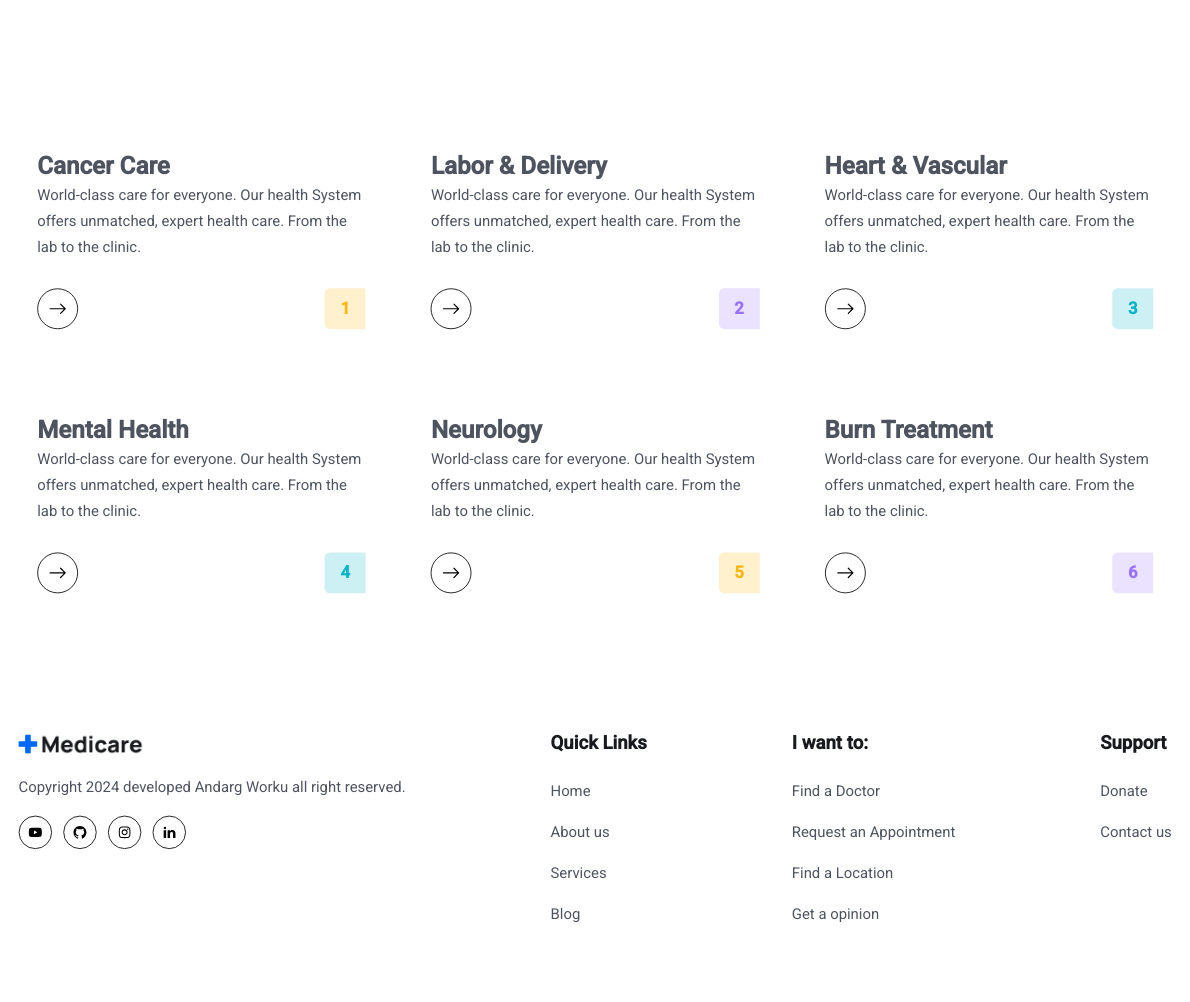
Repository: Andarg01/Mcare
Page: /services (app in frontend/)
An editor plug-in stored every save of this project. The page is shown before and after the next save, followed by the edit.
The browser window is 1280 px wide. The pictures show the whole page, at 93% of full size.
Some web fonts or font styles are not loaded; a fallback is used. The project was rebuilt for these pictures with package versions that can differ from the ones it lists, and the page was loaded fresh each time. Also part of the build but not shown: frontend/vite.config.js, frontend/src/assets/data/faqs.js, frontend/src/components/Faq/FaqItem.jsx, frontend/src/components/Faq/FaqList.jsx, frontend/src/assets/data/doctors.js, frontend/src/components/Doctors/DoctorCard.jsx, frontend/src/components/Doctors/DoctorList.jsx, frontend/src/components/Services/ServiceList.jsx and 2 more.

Above is the page before, as saved 2024-03-08 00:23:48.

### frontend/src/main.jsx
import React from 'react'
import ReactDOM from 'react-dom/client'
import App from './App.jsx'
import './index.css'
import { BrowserRouter } from "react-router-dom"
ReactDOM.createRoot(document.getElementById('root')).render( <
    React.StrictMode >
    <
    BrowserRouter >
    <
    App / >
    <
    /BrowserRouter> <
    /React.StrictMode>,
)

### frontend/src/App.jsx
import './App.css'
import Layout from "./Layout/Layout.jsx"

function App() {


    return <Layout / > ;
}

export default App

### frontend/src/index.css
@tailwind base;
@tailwind components;
@tailwind utilities;
@layer base {
    section {
        @apply py-[75px];
    }
}

@layer components {
    .container {
        @apply max-w-full w-[1440px] px-5 mx-auto;
    }
    .btn {
        @apply bg-primaryColor py-[15px] px-[35px] rounded-[50px] text-white font-[600] mt-[38px];
    }
    .heading {
        @apply text-[44px] leading-[54px] font-[700] text-headingColor;
    }
    .text__para {
        @apply text-[18px] leading-[30px] font-[400] text-textColor mt-[18px];
    }
    .header {
        @apply bg-[url('./assets/images/mask.png')] bg-no-repeat bg-center bg-cover w-full h-[100px] leading-[100px];
    }
    .hero__section {
        @apply bg-[url('./assets/images/hero-bg.png')] bg-no-repeat bg-center bg-cover
    }
}

@media only screen and (max-width:1024px) {
    .container {
        @apply w-full;
    }
    section {
        @apply py-[15px];
    }
}

@media only screen and (max-width:768px) {
    .heading {
        @apply text-[26px] leading-[36px];
    }
    .text__para {
        @apply text-[16px] leading-7 mt-3;
    }
}

### frontend/src/App.css
@import url('https://fonts.googleapis.com/css2?family=Encode+Sans+Expanded:wght@400;700&family=Inter:wght@400;600;700&family=Manrope:wght@400;500;600;700;800&family=Nunito+Sans:ital,wght@0,200;0,300;1,200&family=Open+Sans:wght@300;400;500;600;700;800&family=Playpen+Sans:wght@100;200;300;400&family=Poppins:ital,wght@0,200;0,300;0,400;0,500;0,600;0,700;0,800;0,900;1,100;1,300;1,700;1,900&family=Roboto:ital,wght@0,100;0,300;0,400;0,500;1,100;1,300;1,400;1,500;1,900&display=swap');
* {
    margin: 0;
    padding: 0;
    box-sizing: border-box;
}

body {
    font-family: 'Encode Sans Expanded', sans-serif;
    font-family: 'Inter', sans-serif;
    font-family: 'Manrope', sans-serif;
    font-family: 'Nunito Sans', sans-serif;
    font-family: 'Open Sans', sans-serif;
    font-family: 'Playpen Sans', cursive;
    font-family: 'Poppins', sans-serif;
    font-family: 'Roboto', sans-serif;
}

.swiper-pagination-bullet {
    width: 12px !important;
    height: 12px !important;
    border: 1px solid #181a1e;
    background: #fff !important;
}

.swiper-pagination-bullet-active {
    background: #0067ff !important;
    border: none !important;
}

.swiper {
    padding-bottom: 70px !important;
}

.swiper-slide.swiper-slide-next {
    background: #0067ff;
    border-radius: 12px;
    box-shadow: 0px 20px 70px rgba(0, 103, 255, 0.3) !important;
}

.swiper-slide.swiper-slide-next h4,
.swiper-slide.swiper-slide-next p {
    color: #fff !important;
}

.swiper-pagination {
    top: 90% !important;
}

.sticky__header {
    width: 100%;
    height: 80px;
    line-height: 80px;
    position: sticky;
    top: 0;
    left: 0;
    z-index: 99999;
    background: white;
    box-shadow: 3px 3px -8px 3px #ddd;
}

@media only screen and (max-width:768px) {
    .navigation {
        width: 100%;
        height: 100%;
        position: fixed;
        top: 0;
        left: 0;
        z-index: 100;
        background: #00000084;
    }
    .menu {
        width: 15rem;
        height: 100%;
        position: absolute;
        top: 0;
        right: 0;
        background: #fff;
        z-index: 200;
        flex-direction: column;
        justify-content: center;
        align-items: center;
        line-height: 30px;
    }
}

### frontend/src/Layout/Layout.jsx
// import Header from "../components/Header/Header.jsx"
import Footer from "../components/Footer/Footer.jsx"
import Routers from "../routes/Routers.jsx"
const Layout = () => {
    return ( <
        >
        { /* <Header/> */ } <
        main >
        <
        Routers / >
        <
        /main> <
        Footer / >

        <
        />
    )
}

export default Layout

### frontend/src/components/Footer/Footer.jsx
import React from "react";
import { Link } from "react-router-dom";
import logo from "../../assets/images/logo.png";
import { RiLinkedinFill } from "react-icons/ri";
import {
  AiFillYoutube,
  AiFillGithub,
  AiOutlineInstagram,
} from "react-icons/ai";

const socialLinks = [
  {
    path: "",
    icon: <AiFillYoutube className="group-hover:text-white w-4 h-5" />,
  },
  {
    path: "",
    icon: <AiFillGithub className="group-hover:text-white w-4 h-5" />,
  },
  {
    path: "",
    icon: <AiOutlineInstagram className="group-hover:text-white w-4 h-5" />,
  },
  {
    path: "",
    icon: <RiLinkedinFill className="group-hover:text-white w-4 h-5" />,
  },
];
const quickLinks01 = [
  {
    path: "/home",
    display: "Home",
  },
  {
    path: "/about",
    display: "About us",
  },
  {
    path: "/services",
    display: "Services",
  },
  {
    path: "/",
    display: "Blog",
  },
];
const quickLinks02 = [
  {
    path: "/find-a-doctor",
    display: "Find a Doctor",
  },
  {
    path: "/",
    display: "Request an Appointment",
  },
  {
    path: "/",
    display: "Find a Location",
  },
  {
    path: "/",
    display: "Get a opinion",
  },
];
const quickLinks03 = [
  {
    path: "/",
    display: "Donate",
  },
  {
    path: "/contact",
    display: "Contact us",
  },
];

const Footer = () => {
  const year = new Date().getFullYear();
  return (
    <footer className="pb-16 pt-10">
      <div className="container">
        <div className="flex justify-between flex-column md:flex-row flex-wrap gap-[30px]">
          <div>
            <img src={logo} alt="" />
            <p className="text-[16px] leading-7 font-[400] text-textColor mt-4">
              Copyright {year} developed Andarg Worku all right reserved.
            </p>
            <div className="flex items-center gap-3 mt-4">
              {socialLinks.map((link, index) => (
                <Link
                  to={link.path}
                  key={index}
                  className="w-9 h-9 border border-solid border-[#181A1E] rounded-full flex items-center
                  justify-center group hover:bg-primaryColor hover:border-none"
                >
                  {link.icon}
                </Link>
              ))}
            </div>
          </div>
          <div>
            <h2 className="text-[20px] leading-[30px] font-[700] mb-6 text-headingColor">
              Quick Links

            </h2>
            <ul>
              {
                quickLinks01.map((item,index)=>(
                  <li key={index} className="mb-4">
                    <Link
                    to={item.path}
                    className="text-[16px] leading-7 font-[400] text-textColor"
                    >
                      {item.display}
                    </Link>

                  </li>
                ))
              }
            </ul>
          </div>

          <div>
            <h2 className="text-[20px] leading-[30px] font-[700] mb-6 text-headingColor">
              I want to:

            </h2>
            <ul>
              {
                quickLinks02.map((item,index)=>(
                  <li key={index} className="mb-4">
                    <Link
                    to={item.path}
                    className="text-[16px] leading-7 font-[400] text-textColor"
                    >
                      {item.display}
                    </Link>

                  </li>
                ))
              }
            </ul>
          </div>
          <div>
            <h2 className="text-[20px] leading-[30px] font-[700] mb-6 text-headingColor">
              Support

            </h2>
            <ul>
              {
                quickLinks03.map((item,index)=>(
                  <li key={index} className="mb-4">
                    <Link
                    to={item.path}
                    className="text-[16px] leading-7 font-[400] text-textColor"
                    >
                      {item.display}
                    </Link>

                  </li>
                ))
              }
            </ul>
          </div>
        </div>
      </div>
    </footer>
  );
};

export default Footer;

### frontend/src/routes/Routers.jsx
import React from "react";
import Home from "../pages/Home.jsx";
import Services from "../pages/Services.jsx";
import Signup from "../pages/Signup.jsx";
import Contact from "../pages/Contact.jsx";
import Login from "../pages/Login.jsx";
import Doctors from "../pages/Doctors/Doctors.jsx";
import DoctorDetails from "../pages/Doctors/DoctorDetails.jsx";
import { Routes, Route } from "react-router-dom";
const Routers = () => {
    return ( <
        Routes >
        <
        Route path = "/"
        element = { < Home / > }
        />{" "} <
        Route path = "/home"
        element = { < Home / > }
        />{" "} <
        Route path = "/doctors"
        element = { < Doctors / > }
        />{" "} <
        Route path = "/doctors:id"
        element = { < DoctorDetails / > }
        />{" "} <
        Route path = "/services"
        element = { < Services / > }
        />{" "} <
        Route path = "/login"
        element = { < Login / > }
        />{" "} <
        Route path = "/register"
        element = { < Signup / > }
        />{" "} <
        Route path = "/contact"
        element = { < Contact / > }
        /> <
        /Routes>
    );
};

export default Routers;

### frontend/src/pages/Services.jsx
import React from 'react'
import { services } from "../assets/data/services"
import ServiceCard from "../components/Services/ServiceCard"
const Services = () => {
    return ( <
        section >
        <
        div className = "container" >
        <
        div className = "grid grid-cols-1 md: grid-cols-2 lg:grid-cols-3 gap-5 lg:gap-[30px] mt-[30px] lg:mt-[55px]" > {
            services.map((item, index) => ( <
                ServiceCard item = { item }
                index = { index }
                key = { index }
                />
            ))
        }

        <
        /div>



        <
        /div>

        <
        /section>
    )
}

export default Services

### frontend/src/pages/Signup.jsx
import React from "react";

const Signup = () => {
    return <div > < /div>;
};

export default Signup;

### frontend/src/pages/Contact.jsx
import React from 'react'

const Contact = () => {
    return ( <
        div >

        <
        /div>
    )
}

export default Contact

### frontend/src/pages/Login.jsx
import React from 'react'

const Login = () => {
    return ( <
        div >

        <
        /div>
    )
}

export default Login

### frontend/src/pages/Doctors/Doctors.jsx
import React from 'react'

const Doctors = () => {
    return ( <
        div >

        <
        /div>
    )
}

export default Doctors

### frontend/src/pages/Doctors/DoctorDetails.jsx
import React from 'react'

const DoctorDetails = () => {
    return ( <
        div >

        <
        /div>
    )
}

export default DoctorDetails

### frontend/src/assets/data/services.js
export const services = [{
        name: "Cancer Care",
        desc: "World-class care for everyone. Our health System offers unmatched, expert health care. From the lab to the clinic.",
        bgColor: "rgba(254, 182, 13, .2)",
        textColor: "#FEB60D",
    },
    {
        name: "Labor & Delivery",
        desc: "World-class care for everyone. Our health System offers unmatched, expert health care. From the lab to the clinic.",
        bgColor: "rgba(151, 113, 255, .2)",
        textColor: "#9771FF",
    },
    {
        name: "Heart & Vascular",
        desc: "World-class care for everyone. Our health System offers unmatched, expert health care. From the lab to the clinic.",
        bgColor: "rgba(1, 181, 197, .2)",
        textColor: "#01B5C5",
    },
    {
        name: "Mental Health",
        desc: "World-class care for everyone. Our health System offers unmatched, expert health care. From the lab to the clinic.",
        bgColor: "rgba(1, 181, 197, .2)",
        textColor: "#01B5C5",
    },
    {
        name: "Neurology",
        desc: "World-class care for everyone. Our health System offers unmatched, expert health care. From the lab to the clinic.",
        bgColor: "rgba(254, 182, 13, .2)",
        textColor: "#FEB60D",
    },
    {
        name: "Burn Treatment",
        desc: "World-class care for everyone. Our health System offers unmatched, expert health care. From the lab to the clinic.",
        bgColor: "rgba(151, 113, 255, .2)",
        textColor: "#9771FF",
    },
];

### frontend/src/components/Services/ServiceCard.jsx
import React from 'react'
import { Link } from "react-router-dom";
import { BsArrowRight } from "react-icons/bs";
const ServiceCard = ({ item, index }) => {
    const { name, desc, bgColor, textColor } = item;
    return ( <
        div className = "py-[30px] px-3 lg:px-5" >
        <
        h2 className = "text-[26px] leading-9 font-[700] text-textColor" > { name } <
        /h2> <
        p className = "text-[16px] leading-7 font-[400] text-textColor" > { desc }

        <
        /p> <
        div className = "flex items-center justify-between mt-[30px]" >
        <
        Link to = '/doctors'
        className = "w-[44px] h-[44px] rounded-full border border-solid border-[#181A1E] flex items-center justify-center group hover:bg-primaryColor hover:border-none" >
        <
        BsArrowRight className = "group-hover:text-white w-6 h-5" / >
        <
        /Link>  <
        span className = "w-[44px] h-[44px] flex items-center justify-center text-[18px] leading-[30px] font-[600] "
        style = {
            {
                background: `${bgColor}`,
                color: `${textColor}`,
                borderRadius: " 6px 0 0 6px",
            }
        } > { index + 1 } <
        /span> <
        /div>

        <
        /div>
    )
}

export default ServiceCard

### frontend/tailwind.config.js
/** @type {import('tailwindcss').Config} */
export default {
    content: ["./index.html", "./src/**/*.{js,ts,jsx,tsx}"],
    theme: {
        extend: {
            colors: {
                primaryColor: "#0067FF",
                yellowColor: "#FEB60D",
                purpleColor: "#9771FF",
                irisBlueColor: "#01B5C5",
                headingColor: "#181A1E",
                textColor: "#4E545F",
            },

            boxShadow: {
                panelShadow: "rgba(17, 12, 46, 0.15) 0px 48px 100px 0px;",
            },
        },
    },
    plugins: [],
};

Loaded but not shown: frontend/index.html (common file)

After the next save:
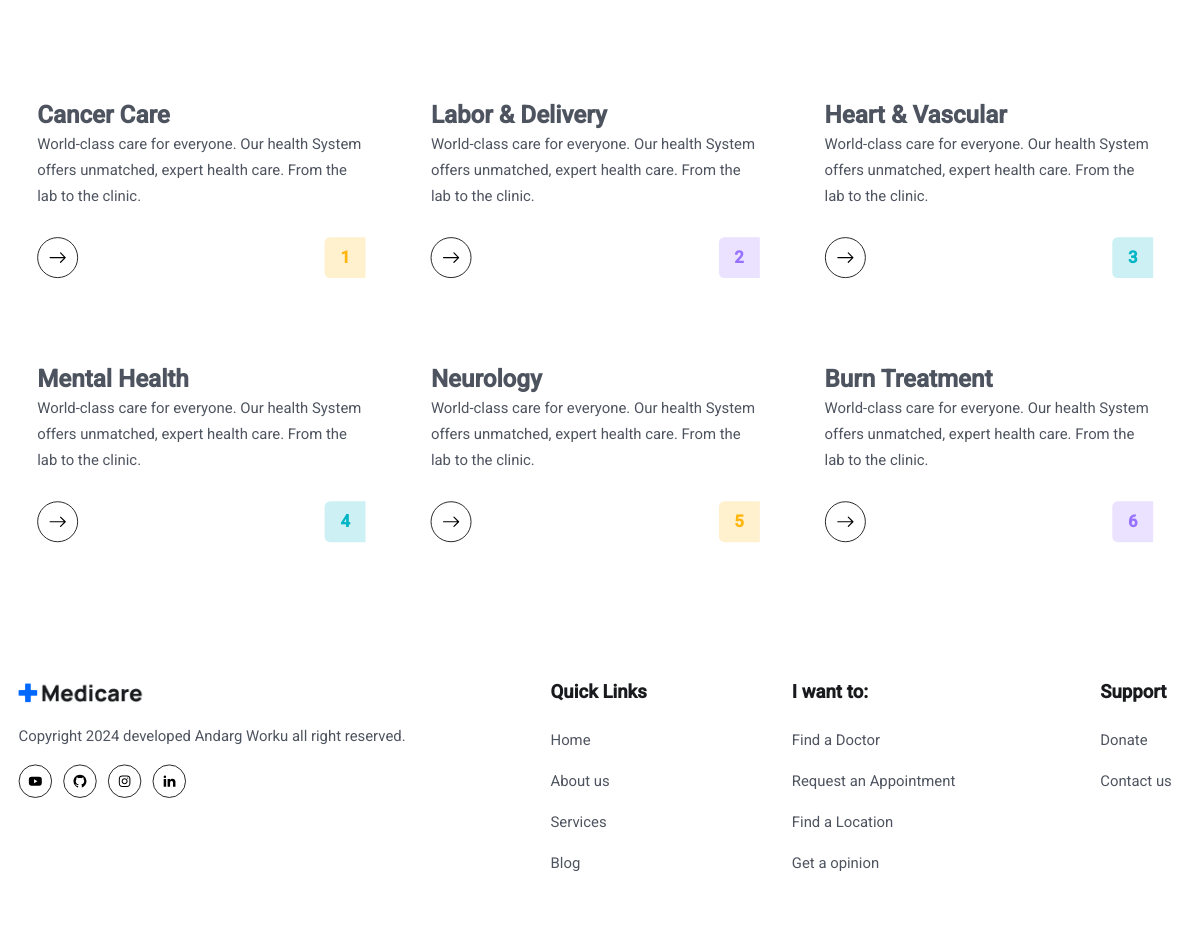
Saved 98 s later.
--- a/frontend/src/pages/Services.jsx
+++ b/frontend/src/pages/Services.jsx
@@ -1,4 +1,3 @@
-import React from 'react'
 import { services } from "../assets/data/services"
 import ServiceCard from "../components/Services/ServiceCard"
 const Services = () => {
@@ -7,7 +6,7 @@ const Services = () => {
         <
         div className = "container" >
         <
-        div className = "grid grid-cols-1 md: grid-cols-2 lg:grid-cols-3 gap-5 lg:gap-[30px] mt-[30px] lg:mt-[55px]" > {
+        div className = "grid grid-cols-1 md: grid-cols-2 lg:grid-cols-3 gap-5 lg:gap-[30px] " > {
             services.map((item, index) => ( <
                 ServiceCard item = { item }
                 index = { index }
